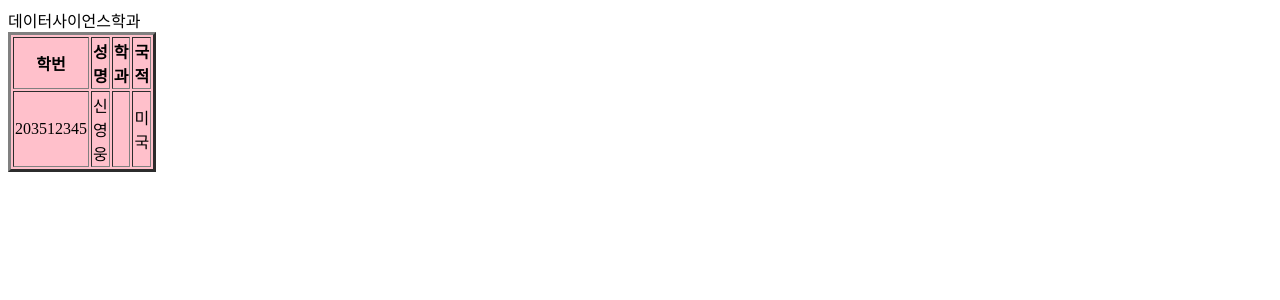
Repository: parkgyutaee/My_JAVA_Project
Page: http://localhost/JSPStudy/test2.jsp
The author's editor kept a copy of each file at every save. The page is drawn from the files as they stood at one save, then again after the next save.
The browser window is 1280 px wide. The pictures show the whole page.
The page is served by Tomcat 9.

Above is the page before, as saved 2025-07-09 07:21:02.

After the next save:
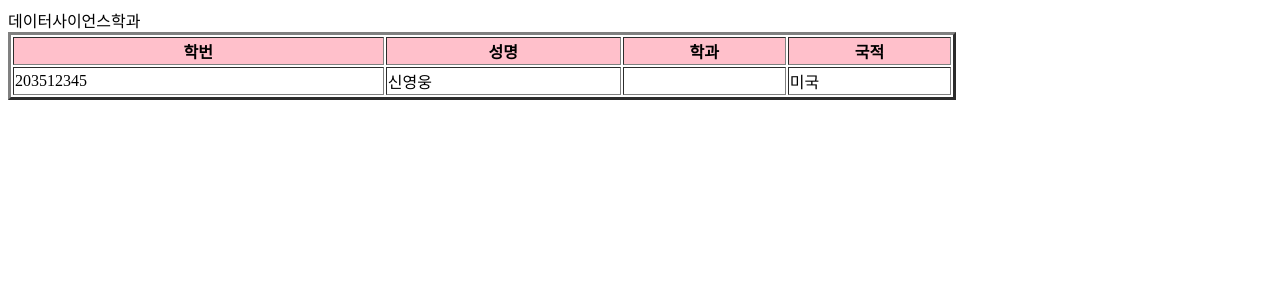
Saved 36 s later.
--- a/Workspace/JSPStudy/src/main/webapp/test2.jsp
+++ b/Workspace/JSPStudy/src/main/webapp/test2.jsp
@@ -8,8 +8,8 @@
 </head>
 <body>
 
-<table border = "3" width="75" bgcolor="pink">
-  <tr>
+<table border = "3"  width="75%" >
+  <tr bgcolor="pink">
     <th>학번</th><th>성명</th><th>학과</th><th>국적</th>
   </tr>
  <tr>
